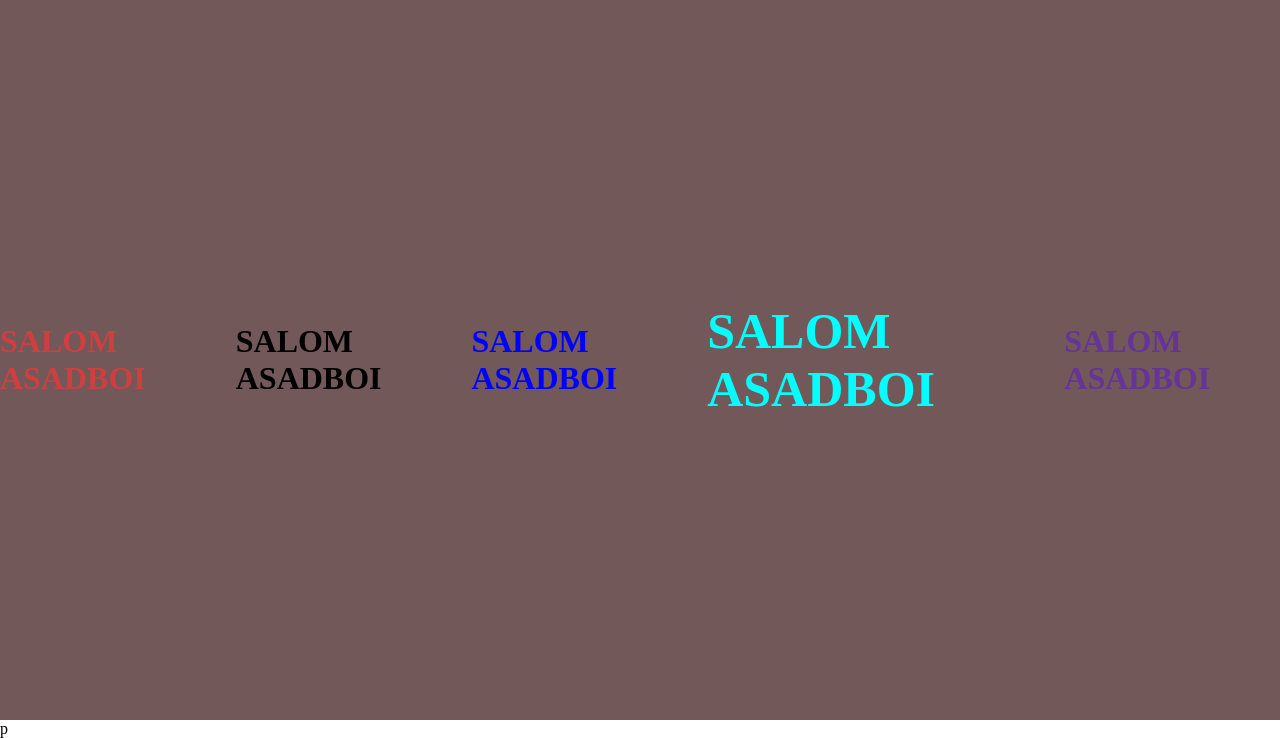
Repository: KHANas02/CACTUS
Page: index.html
An editor plug-in stored every save of this project. The page is shown before and after a run of saves, followed by the edit.
The browser window is 1280 px wide. The pictures show the whole page.

Above is the page before, as saved 2024-02-21 17:18:34.

After the next 3 saves:
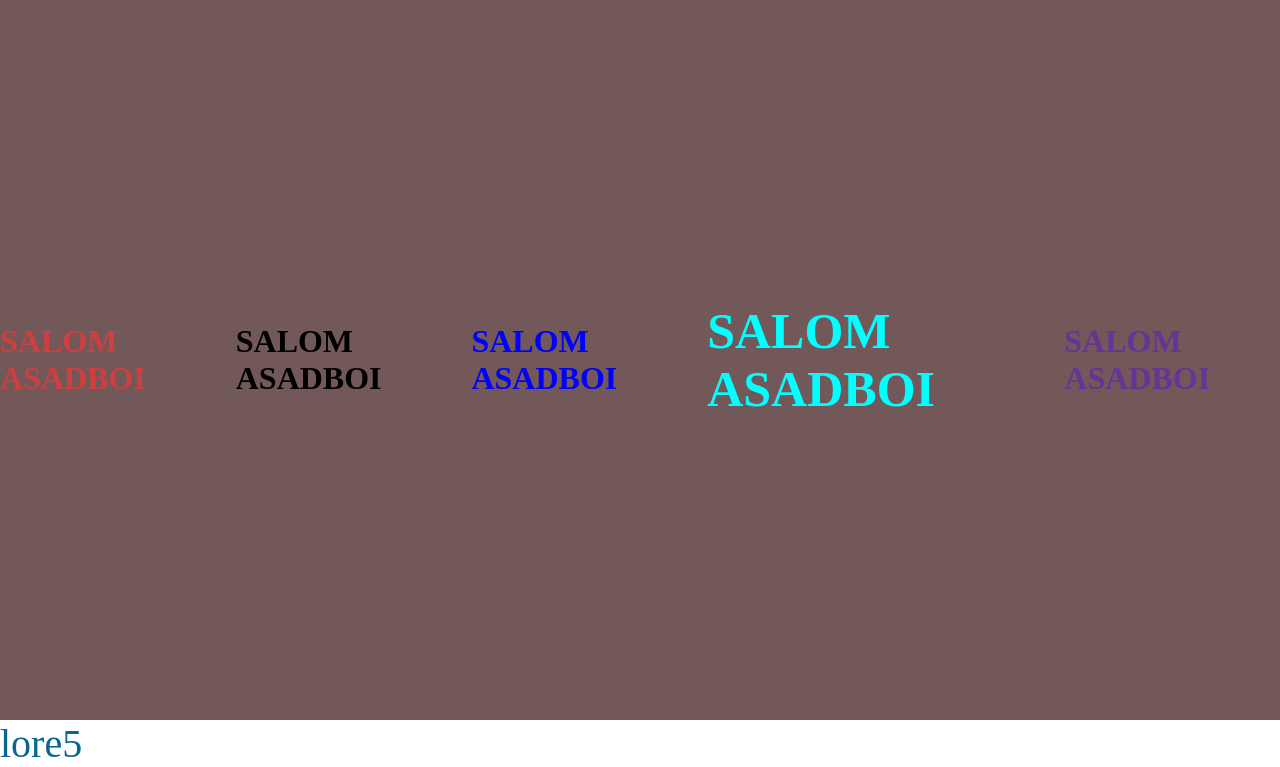
The 3 saves are shown as one change because they came seconds apart.
The last was saved 19 s later.
--- a/index.html
+++ b/index.html
@@ -19,7 +19,7 @@
 
 
     </div>
-p
+<p>lore5</p>
 
 
 </body>
